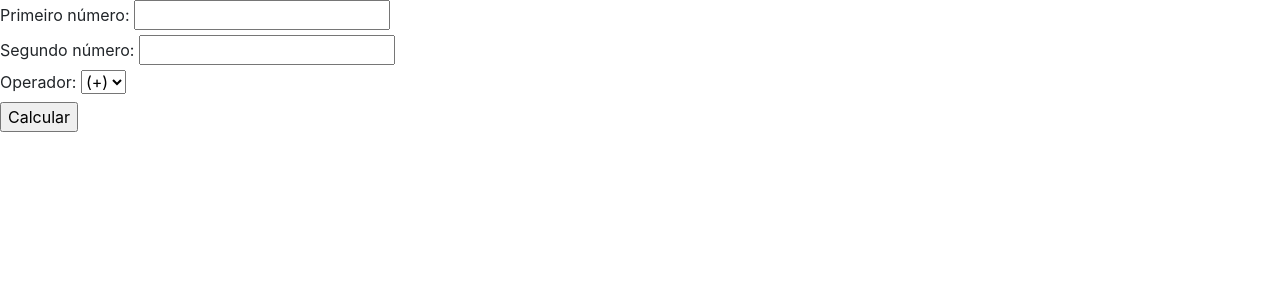
Repository: babirms/DAC
Page: Calculadora/WebContent/home.html
An editor plug-in stored every save of this project. The page is shown before and after the next save, followed by the edit.
The browser window is 1280 px wide. The pictures show the whole page.

Above is the page before, as saved 2020-09-20 21:51:11.
Console error (its wording comes from the project's code and is left out).

After the next save:
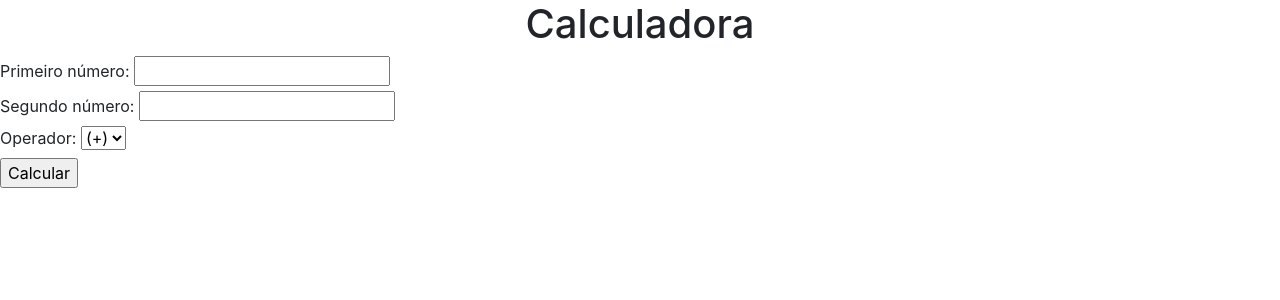
Saved 37 min 50 s later.
--- a/Calculadora/WebContent/home.html
+++ b/Calculadora/WebContent/home.html
@@ -7,6 +7,7 @@
 <script type="text/javascript" src="bootstrap/js/bootstrap.min.js"></script>
 </head>
 <body>
+<center><h1>Calculadora</h1></center>
 <form action="CalculadoraServlet" method="get">
 		<label>Primeiro número: </label> <input type="text" name="primeiroValue">
 		<br> <label>Segundo número: </label> <input type="text"
